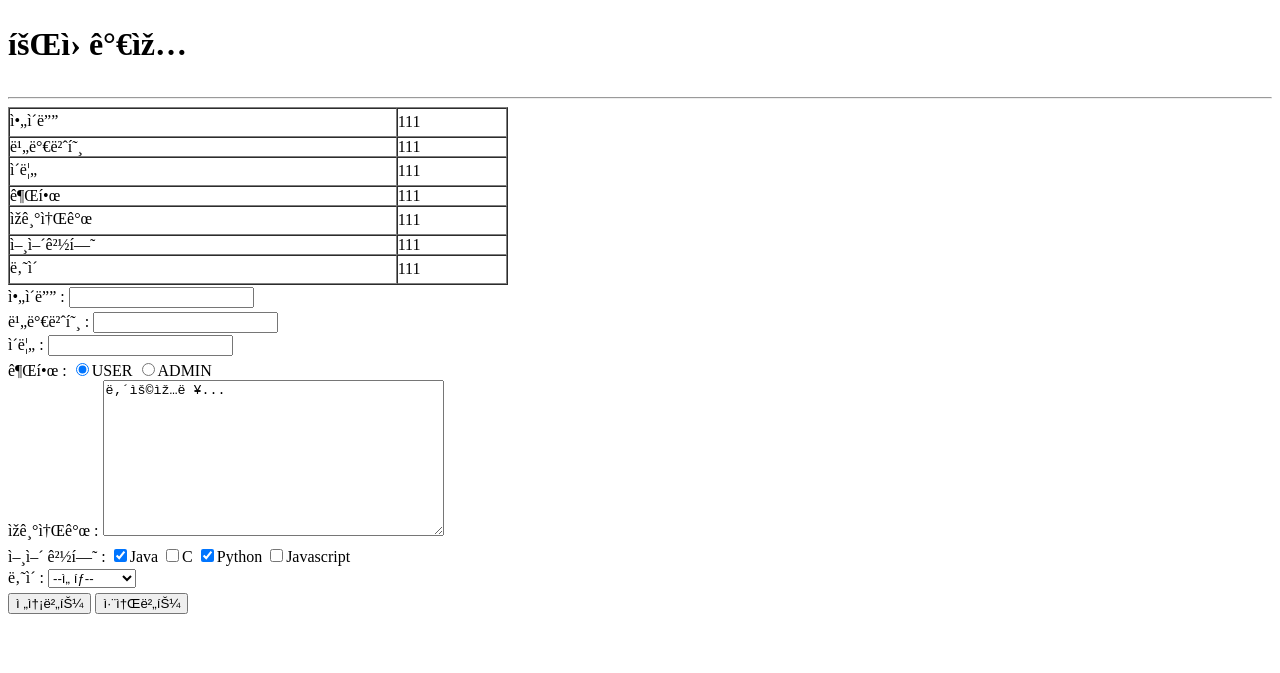
Repository: serim53/JSPStudy
Page: http://localhost/BoardWeb_JSP_/insertUserView.do
An editor plug-in stored every save of this project. The page is shown before and after the next save, followed by the edit.
The browser window is 1280 px wide. The pictures show the whole page.
The page is served by Tomcat 10. Other server files are loaded and not shown.

Above is the page before, as saved 2025-07-08 05:03:28.

### BoardWeb(JSP)/src/main/webapp/WEB-INF/board/insertUser.jsp
<!DOCTYPE html PUBLIC "-//W3C//DTD HTML 4.01 Transitional//EN" "http://www.w3.org/TR/html4/loose.dtd">
<html>
<head>
<meta http-equiv="Content-Type" content="text/html; charset=UTF-8">
<title>회원가입</title>
</head>
<body>
<h1>회원 가입</h1>
<hr>
<form action="insertUser.do" method="get">

<table border="1" cellpadding="0" cellspacing="0" width="500">
	<tr>
		<td>아이디</td>
		<td>111</td>
	</tr>
	<tr>
		<td>비밀번호</td>
		<td>111</td>
	</tr>
	<tr>
		<td>이름</td>
		<td>111</td>
	</tr>
	<tr>
		<td>권한</td>
		<td>111</td>
	</tr>
	<tr>
		<td>자기소개</td>
		<td>111</td>
	</tr>
	<tr>
		<td>언어경험</td>
		<td>111</td>
	</tr>
	<tr>
		<td>나이</td>
		<td>111</td>
	</tr>
</table>
아이디 : <input type="text" size="20"/><br>
비밀번호 : <input type="password" size="20"/><br>
이름 : <input type="text"/><br>
권한 : <input name="role" type="radio" checked/>USER
      <input name="role" type="radio"/>ADMIN<br>
자기소개 : <textarea rows="10" cols="40">내용입력...</textarea><br>
언어 경험 : <input type="checkbox" checked/>Java
		  <input type="checkbox"/>C
		  <input type="checkbox" checked/>Python
		  <input type="checkbox"/>Javascript<br>
나이 : <select>
		<option>--선택--
		<option>10대
		<option>20대
		<option>30대
		<option>40대
		<option>50대
		<option>60대 이상
	  </select><br>
<input type="submit" value="전송버튼"/>
<input type="reset" value="취소버튼"/>
</form>
</body>
</html>

### BoardWeb(JSP)/src/main/java/com/multicampus/web/DispatcherServlet.java
package com.multicampus.web;

import java.io.IOException;
import java.util.List;

import com.multicampus.biz.board.BoardDAO;
import com.multicampus.biz.board.BoardVO;
import com.multicampus.biz.user.UserDAO;
import com.multicampus.biz.user.UserVO;

import jakarta.servlet.RequestDispatcher;
import jakarta.servlet.ServletConfig;
import jakarta.servlet.ServletException;
import jakarta.servlet.annotation.WebServlet;
import jakarta.servlet.http.HttpServlet;
import jakarta.servlet.http.HttpServletRequest;
import jakarta.servlet.http.HttpServletResponse;
import jakarta.servlet.http.HttpSession;

@WebServlet(urlPatterns = { "*.do" })
public class DispatcherServlet extends HttpServlet {
	private static final long serialVersionUID = 1L;

	private HandlerMapping handlerMapping;
	private ViewResolver viewResolver;

	public void init(ServletConfig config) throws ServletException {
		handlerMapping = new HandlerMapping();
		viewResolver = new ViewResolver("/WEB-INF/board/", ".jsp");
	}

	protected void service(HttpServletRequest request, HttpServletResponse response) throws ServletException, IOException {
		// 1. 브라우저의 요청 path 정보를 추출한다.
		String uri = request.getRequestURI();
		String path = uri.substring(uri.lastIndexOf("/"));
		System.out.println(path);

		// 2. HandlerMapping을 통해 요청을 처리할 Controller를 검색한다.
		Controller ctrl = handlerMapping.getController(path);

		// 3. 검색한 Controller를 실행한다.
		String viewName = ctrl.handleRequest(request, response);

		// 4. Controller가 리턴한 View 이름을 기반으로 이동할 화면 경로를 완성한다.
		String view = null;
		if(!viewName.contains(".do")) {
			if(viewName.equals("index")) {
				view = viewName + ".jsp";
			} else {
				view = viewResolver.getView(viewName);
			}
		} else {
			view = viewName;
		}

		// 5. 화면 이동한다.
		RequestDispatcher rd = request.getRequestDispatcher(view);
		rd.forward(request, response);
	}

}

### BoardWeb(JSP)/src/main/java/com/multicampus/web/Controller.java
package com.multicampus.web;

import jakarta.servlet.http.HttpServletRequest;
import jakarta.servlet.http.HttpServletResponse;

public interface Controller {

	String handleRequest(HttpServletRequest request, HttpServletResponse response);

}

### BoardWeb(JSP)/src/main/java/com/multicampus/web/user/InsertUserViewController.java
package com.multicampus.web.user;

import com.multicampus.web.Controller;

import jakarta.servlet.http.HttpServletRequest;
import jakarta.servlet.http.HttpServletResponse;

public class InsertUserViewController implements Controller {

	@Override
	public String handleRequest(HttpServletRequest request, HttpServletResponse response) {
		System.out.println("회원가입 화면으로 이동");

		return "insertUser";
	}

}

### BoardWeb(JSP)/src/main/java/com/multicampus/web/user/InsertUserController.java
package com.multicampus.web.user;

import com.multicampus.biz.user.UserDAO;
import com.multicampus.biz.user.UserVO;
import com.multicampus.web.Controller;

import jakarta.servlet.http.HttpServletRequest;
import jakarta.servlet.http.HttpServletResponse;

public class InsertUserController implements Controller {

	@Override
	public String handleRequest(HttpServletRequest request, HttpServletResponse response) {
		System.out.println("회원 가입 기능 처리");

		// 1. 사용자 입력정보 추출
		String id = request.getParameter("id");
		String password = request.getParameter("password");
		String name = request.getParameter("name");
		String role = request.getParameter("role");

		// 2. DB 연동 처리
		UserVO vo = new UserVO();
		vo.setId(id);
		vo.setPassword(password);
		vo.setName(name);
		vo.setRole(role);

		UserDAO dao = new UserDAO();
		dao.insertUser(vo);

		// 3. 화면 이동
		return "index";
	}

}

### BoardWeb(JSP)/src/main/java/com/multicampus/web/user/LoginViewController.java
package com.multicampus.web.user;

import com.multicampus.web.Controller;

import jakarta.servlet.http.HttpServletRequest;
import jakarta.servlet.http.HttpServletResponse;

public class LoginViewController implements Controller {

	@Override
	public String handleRequest(HttpServletRequest request, HttpServletResponse response) {
		System.out.println("로그인 화면으로 이동");

		return "login";
	}

}

### BoardWeb(JSP)/src/main/java/com/multicampus/web/user/LoginController.java
package com.multicampus.web.user;

import com.multicampus.biz.user.UserDAO;
import com.multicampus.biz.user.UserVO;
import com.multicampus.web.Controller;

import jakarta.servlet.http.HttpServletRequest;
import jakarta.servlet.http.HttpServletResponse;
import jakarta.servlet.http.HttpSession;

public class LoginController implements Controller {

	@Override
	public String handleRequest(HttpServletRequest request, HttpServletResponse response) {
		System.out.println("로그인 기능 처리");

		// 1. 사용자 입력정보 추출
		String id = request.getParameter("id");
		String password = request.getParameter("password");

		// 2. DB 연동 처리
		UserVO vo = new UserVO();
		vo.setId(id);
		vo.setPassword(password);

		UserDAO dao = new UserDAO();
		UserVO user = dao.getUser(vo);

		// 3. 화면 이동
		if(user != null) {
			// 로그인 성공
			HttpSession session = request.getSession();
			session.setAttribute("user", user);
			return "getBoardList.do";
		} else {
			// 로그인 실패
			return "loginView.do";
		}

	}

}

### BoardWeb(JSP)/src/main/java/com/multicampus/web/user/LogoutController.java
package com.multicampus.web.user;

import com.multicampus.web.Controller;

import jakarta.servlet.http.HttpServletRequest;
import jakarta.servlet.http.HttpServletResponse;
import jakarta.servlet.http.HttpSession;

public class LogoutController implements Controller {

	@Override
	public String handleRequest(HttpServletRequest request, HttpServletResponse response) {
		System.out.println("로그아웃 기능 처리");

		// 로그아웃을 요청한 브라우저와 매핑된 세션을 강제로 종료한다.
		HttpSession session = request.getSession();
		session.invalidate();

		// 화면 이동
		return "index";

	}

}

### BoardWeb(JSP)/src/main/java/com/multicampus/web/board/InsertBoardViewController.java
package com.multicampus.web.board;

import com.multicampus.web.Controller;

import jakarta.servlet.http.HttpServletRequest;
import jakarta.servlet.http.HttpServletResponse;

public class InsertBoardViewController implements Controller {

	@Override
	public String handleRequest(HttpServletRequest request, HttpServletResponse response) {
		System.out.println("글 등록 화면으로 이동");

		return "insertBoard";
	}

}

### BoardWeb(JSP)/src/main/java/com/multicampus/web/board/InsertBoardController.java
package com.multicampus.web.board;

import com.multicampus.biz.board.BoardDAO;
import com.multicampus.biz.board.BoardVO;
import com.multicampus.web.Controller;

import jakarta.servlet.http.HttpServletRequest;
import jakarta.servlet.http.HttpServletResponse;

public class InsertBoardController implements Controller {

	@Override
	public String handleRequest(HttpServletRequest request, HttpServletResponse response) {
		System.out.println("글 등록 기능 처리");

		// 1. 사용자 입력정보 추출
		String title = request.getParameter("title");
		String writer = request.getParameter("writer");
		String content = request.getParameter("content");

		// 2. DB 연동 처리
		BoardVO vo = new BoardVO();
		vo.setTitle(title);
		vo.setWriter(writer);
		vo.setContent(content);

		BoardDAO dao = new BoardDAO();
		dao.insertBoard(vo);

		// 3. 화면 이동
		return "getBoardList.do";

	}

}

### BoardWeb(JSP)/src/main/java/com/multicampus/web/board/UpdateBoardController.java
package com.multicampus.web.board;

import com.multicampus.biz.board.BoardDAO;
import com.multicampus.biz.board.BoardVO;
import com.multicampus.web.Controller;

import jakarta.servlet.http.HttpServletRequest;
import jakarta.servlet.http.HttpServletResponse;

public class UpdateBoardController implements Controller {

	@Override
	public String handleRequest(HttpServletRequest request, HttpServletResponse response) {
		System.out.println("글 수정 기능 처리");

		// 1. 사용자 입력정보 추출
		String title = request.getParameter("title");
		String seq = request.getParameter("seq");
		String content = request.getParameter("content");

		// 2. DB 연동 처리
		BoardVO vo = new BoardVO();
		vo.setTitle(title);
		vo.setSeq(Integer.parseInt(seq));
		vo.setContent(content);

		BoardDAO dao = new BoardDAO();
		dao.updateBoard(vo);

		// 3. 화면 이동
		return "getBoardList.do";
	}

}

### BoardWeb(JSP)/src/main/java/com/multicampus/web/board/DeleteBoardController.java
package com.multicampus.web.board;

import com.multicampus.biz.board.BoardDAO;
import com.multicampus.biz.board.BoardVO;
import com.multicampus.web.Controller;

import jakarta.servlet.http.HttpServletRequest;
import jakarta.servlet.http.HttpServletResponse;

public class DeleteBoardController implements Controller {

	@Override
	public String handleRequest(HttpServletRequest request, HttpServletResponse response) {
		System.out.println("글 삭제 기능 처리");

		// 1. 사용자 입력정보 추출
		String seq = request.getParameter("seq");

		// 2. DB 연동 처리
		BoardVO vo = new BoardVO();
		vo.setSeq(Integer.parseInt(seq));

		BoardDAO dao = new BoardDAO();
		dao.deleteBoard(vo);

		// 3. 화면 이동
		return "getBoardList.do";
	}

}

### BoardWeb(JSP)/src/main/java/com/multicampus/web/board/GetBoardController.java
package com.multicampus.web.board;

import com.multicampus.biz.board.BoardDAO;
import com.multicampus.biz.board.BoardVO;
import com.multicampus.web.Controller;

import jakarta.servlet.http.HttpServletRequest;
import jakarta.servlet.http.HttpServletResponse;

public class GetBoardController implements Controller {

	@Override
	public String handleRequest(HttpServletRequest request, HttpServletResponse response) {
		System.out.println("글 상세 조회 기능 처리");

		// 1. 사용자 입력정보 추출
		String seq = request.getParameter("seq");

		// 2. DB 연동 처리
		BoardVO vo = new BoardVO();
		vo.setSeq(Integer.parseInt(seq));

		BoardDAO dao = new BoardDAO();
		BoardVO board = dao.getBoard(vo);

		// 3. Model(DAO)을 통해 검색한 데이터를 View(JSP)에서 사용할 수 있도록 request에 등록한다.
		request.setAttribute("board", board);

		// 4. 화면 이동
		return "getBoard";
	}

}

### BoardWeb(JSP)/src/main/java/com/multicampus/web/board/GetBoardListController.java
package com.multicampus.web.board;

import java.util.List;

import com.multicampus.biz.board.BoardDAO;
import com.multicampus.biz.board.BoardVO;
import com.multicampus.web.Controller;

import jakarta.servlet.http.HttpServletRequest;
import jakarta.servlet.http.HttpServletResponse;

public class GetBoardListController implements Controller {

	@Override
	public String handleRequest(HttpServletRequest request, HttpServletResponse response) {
		System.out.println("글 목록 검색 기능 처리");

		// 1. 사용자 입력정보 추출
		String condition = request.getParameter("condition");
		String keyword = request.getParameter("keyword");

		// null check
		if(condition == null) condition = "title";
		if(keyword == null) keyword = "";

		request.setAttribute("condition", condition);
		request.setAttribute("keyword", keyword);

		// 2. DB 연동 처리
		BoardVO vo = new BoardVO();
		vo.setCondition(condition);
		vo.setKeyword(keyword);

		BoardDAO dao = new BoardDAO();
		List<BoardVO> boardList = dao.getBoardList(vo);

		// 3. Model(DAO)을 이용하여 검색한 데이터를 View(JSP)에서 사용할 수 있도록 request에 등록한다.
		request.setAttribute("boardList", boardList);

		// 4. 화면 이동
		return "getBoardList";

	}

}

After the next save:
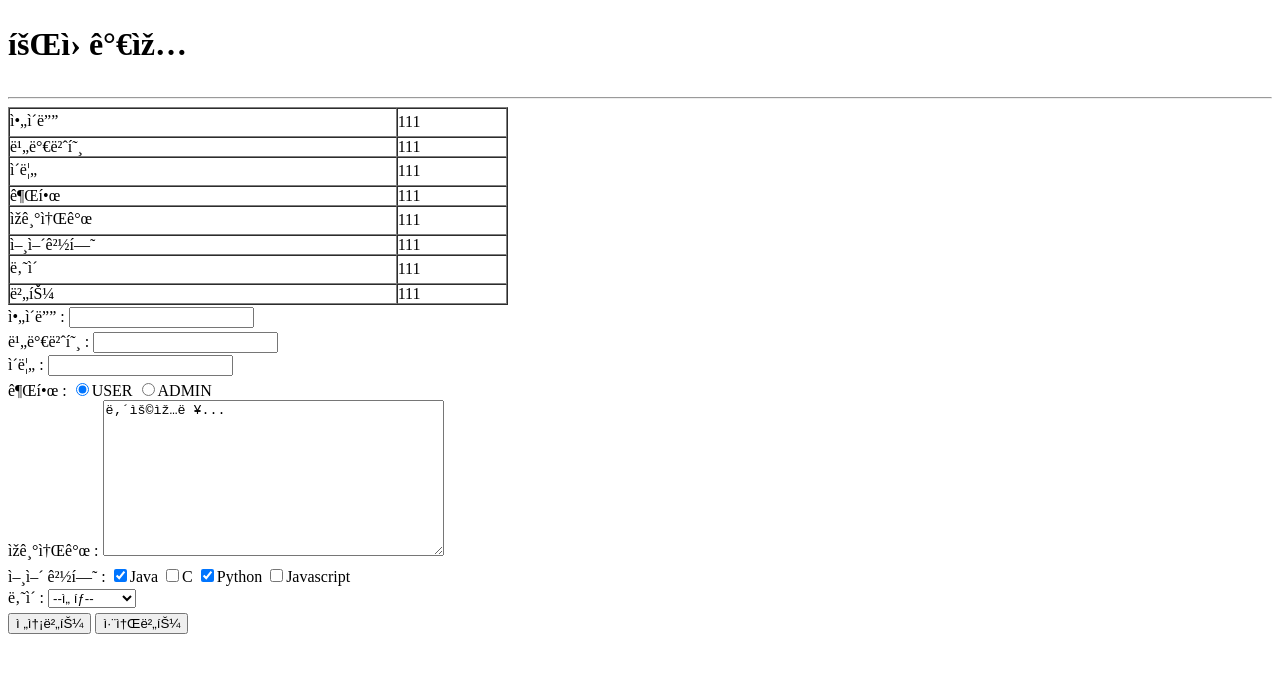
Saved 17 s later.
--- a/BoardWeb(JSP)/src/main/webapp/WEB-INF/board/insertUser.jsp
+++ b/BoardWeb(JSP)/src/main/webapp/WEB-INF/board/insertUser.jsp
@@ -38,6 +38,10 @@
 		<td>나이</td>
 		<td>111</td>
 	</tr>
+	<tr>
+		<td>버튼</td>
+		<td>111</td>
+	</tr>
 </table>
 아이디 : <input type="text" size="20"/><br>
 비밀번호 : <input type="password" size="20"/><br>
